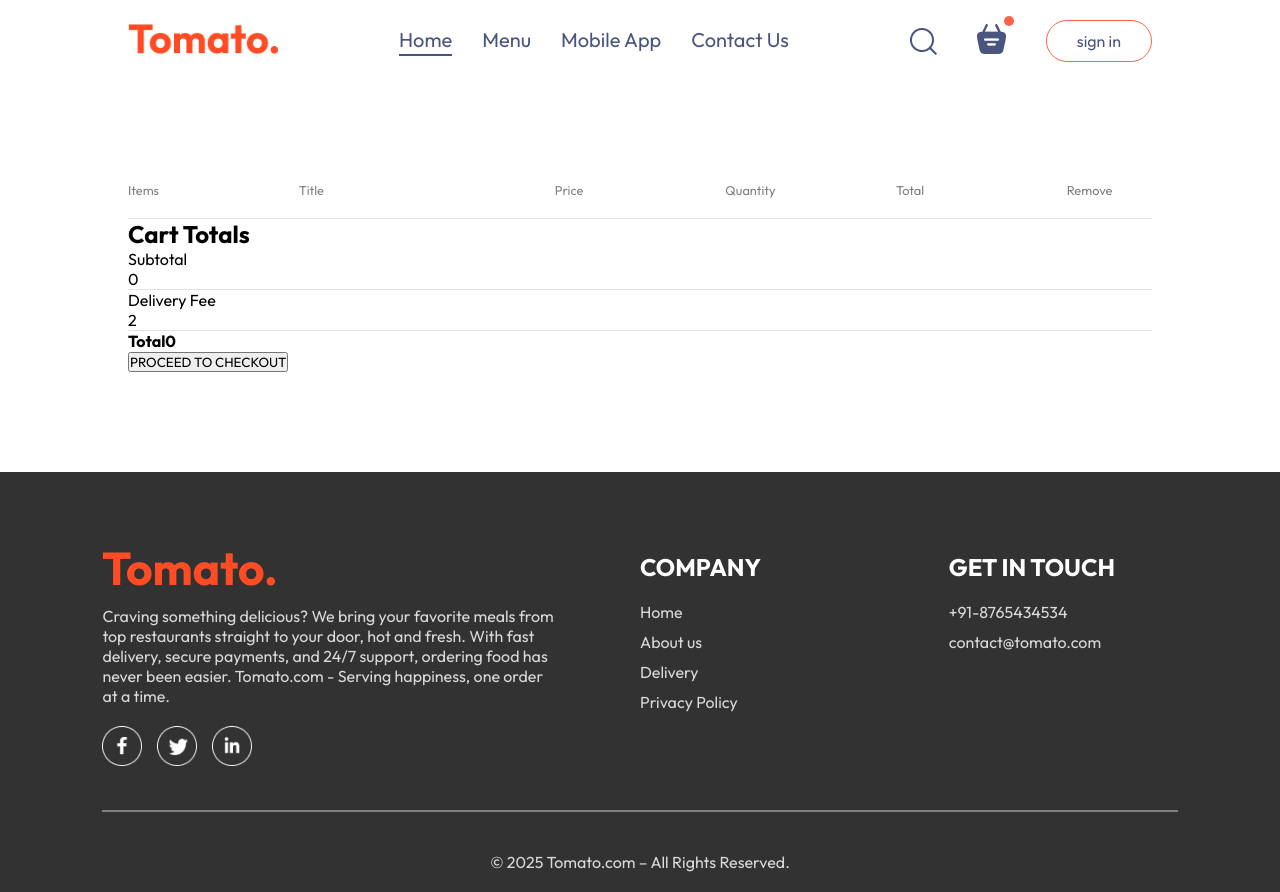
Repository: esakkiraj8104/FOOD_ORDER1
Page: /cart
The author's editor kept a copy of each file at every save. The page is drawn from the files as they stood at one save, then again after a run of saves.
The browser window is 1280 px wide. The pictures show the whole page.
The project was rebuilt for these pictures with package versions that can differ from the ones it lists, and the page was loaded fresh each time. Also part of the build but not shown: vite.config.js, src/components/Navbar/Header/Haeder.css, src/components/Navbar/Header/Header.jsx, src/components/Navbar/ExploreMenu/ExploreMenu.css, src/components/Navbar/ExploreMenu/ExploreMenu.jsx, src/components/Navbar/FoodDisplay/FoodDisplay.css, src/components/Navbar/FoodItem/FoodItem.css, src/components/Navbar/FoodItem/FoodItem.jsx and 6 more. Imported but missing from the stored project, and not drawn on this page: src/pages/PlaceOrder/PlaceOrder.

Above is the page before, as saved 2025-05-20 18:48:35.

After the next 2 saves:
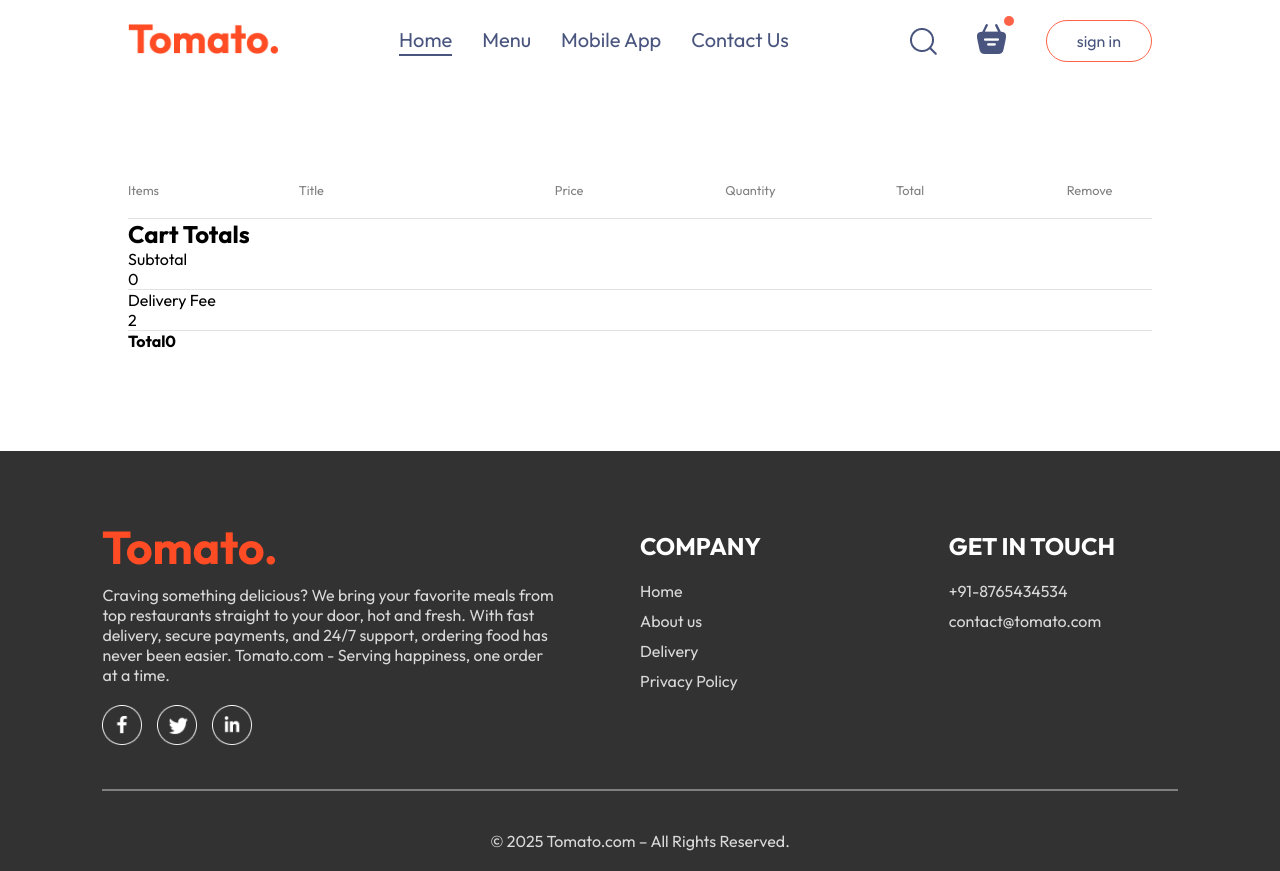
The 2 saves are shown as one change because they came seconds apart.
The last was saved 15 s later.
--- a/src/pages/Cart/Cart.jsx
+++ b/src/pages/Cart/Cart.jsx
@@ -56,7 +56,8 @@
               <b>{0}</b>
             </div>
           </div>
-        </div><button>PROCEED TO CHECKOUT</button>
+
+        </div>
       </div>
     </div>
   )

After the 2 saves that followed:
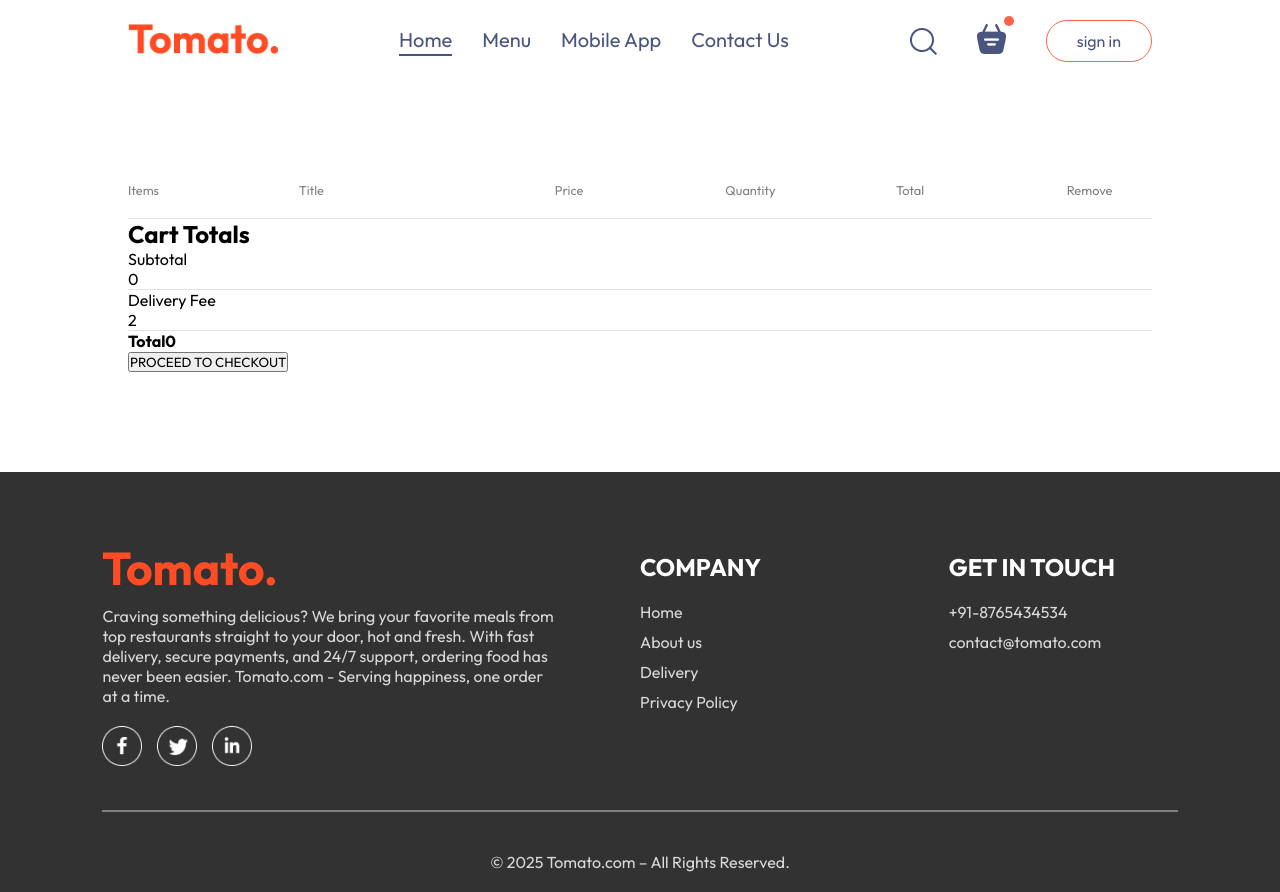
The 2 saves are shown as one change because they came seconds apart.
The last was saved 20 s later.
--- a/src/pages/Cart/Cart.jsx
+++ b/src/pages/Cart/Cart.jsx
@@ -56,7 +56,7 @@
               <b>{0}</b>
             </div>
           </div>
-
+          <button>PROCEED TO CHECKOUT</button>
         </div>
       </div>
     </div>
